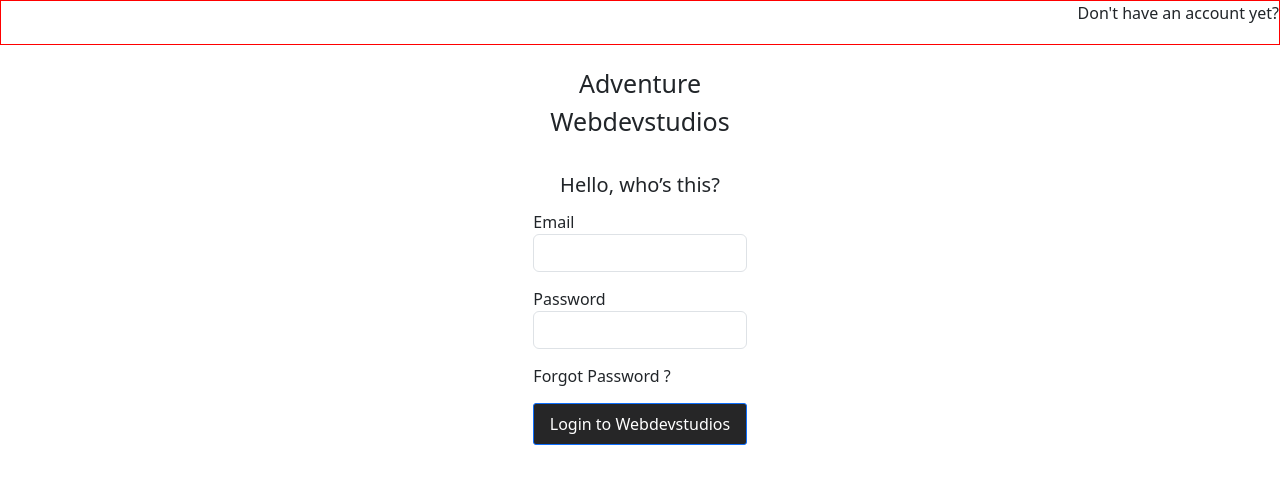
Repository: nnbxxx/React-Untimate
Page: /login
These files come from the project's save history. The page is drawn as it stood at one moment and after the next save; the edit follows.
The browser window is 1280 px wide. The pictures show the whole page.
The project was rebuilt for these pictures with package versions that can differ from the ones it lists, and the page was loaded fresh each time. Also part of the build but not shown: src/components/Header/header.js, src/App.js, src/components/User/User.js, src/components/Admin/SideBar.scss, src/components/Admin/SideBar.js, src/components/Admin/Admin.scss, src/components/Admin/Admin.js, src/components/Home/HomePage.js and 11 more. Imported but missing from the stored project, and not drawn on this page: src/assets/video-homepage.webm.

Above is the page before, as saved 2023-04-12 20:46:34.

### src/index.js
import React from "react";
import ReactDOM from "react-dom/client";
import App from "./App";
import reportWebVitals from "./reportWebVitals";
import { Provider } from "react-redux";
import store from "./redux/store";
import "bootstrap/dist/css/bootstrap.min.css";
import User from "./components/User/User";
import Admin from "./components/Admin/Admin";
import HomePage from "./components/Home/HomePage";
import ManageUser from "./components/Admin/Content/ManageUser";
import DashBoard from "./components/Admin/Content/DashBoard";
import {
  createBrowserRouter,
  RouterProvider,
  BrowserRouter,
  Route,
  Routes,
} from "react-router-dom";
import Login from "./components/Auth/Login";

const root = ReactDOM.createRoot(document.getElementById("root"));
root.render(
  <Provider store={store}>
    {/* <React.StrictMode> */}
    <BrowserRouter>
      <Routes>
        <Route path='/' element={<App />}>
          <Route index element={<HomePage />} />
          <Route path='users' element={<User />} />
        </Route>
        <Route path='/admins' element={<Admin />}>
          <Route index element={<DashBoard />} />
          <Route path='manage-users' element={<ManageUser />} />
        </Route>
        <Route path='/login' element={<Login />} />
      </Routes>
    </BrowserRouter>

    {/* </React.StrictMode> */}
  </Provider>
);

// If you want to start measuring performance in your app, pass a function
// to log results (for example: reportWebVitals(console.log))
// or send to an analytics endpoint. Learn more: https://bit.ly/CRA-vitals
reportWebVitals();

### src/components/Auth/Login.js
import { Button } from "react-bootstrap";
import "./Login.scss";
const Login = () => {
  return (
    <div className='login-container'>
      <div className='header mx-auto'>Don't have an account yet?</div>
      <div className='title col-2 mx-auto'>Adventure Webdevstudios</div>
      <div className='welcome col-2 mx-auto'>Hello, who’s this?</div>
      <div className='content-form col-2 mx-auto'>
        <div className='form-group'>
          <label>Email</label>
          <input type='email' className='form-control' />
        </div>
        <div className='form-group'>
          <label>Password</label>
          <input type='password' className='form-control' />
        </div>
        <span className='forgot-password'>Forgot Password ?</span>
        <div>
          <Button className='btn-submit'>Login to Webdevstudios</Button>
        </div>
      </div>
    </div>
  );
};
export default Login;

### src/App.scss
body {
  padding: 0;
  margin: 0;
  font-family: -apple-system, BlinkMacSystemFont, "Segoe UI", "Roboto", "Oxygen",
    "Ubuntu", "Cantarell", "Fira Sans", "Droid Sans", "Helvetica Neue",
    sans-serif;
  -webkit-font-smoothing: antialiased;
  -moz-osx-font-smoothing: grayscale;
}
.app-container {
  .header-container {
    .btn-login {
      border-radius: 4px;
      color: #262627;
      justify-content: center;
      line-height: 24px;
      margin: 0px 16px 0px 0px;
      padding: 8px 16px;
      text-align: center;
      border: 1px solid black;
    }
    .btn-signup {
      border-radius: 4px;
      color: #fff;
      background-color: #262627;
      justify-content: center;
      line-height: 24px;
      margin: 0px 16px 0px 0px;
      padding: 8px 16px;
      text-align: center;
      border: 1px solid black;

      &:hover {
        // opacity: 0.9;
        background-color: black;
      }
    }
    .navbar {
      z-index: 10;
      padding-top: 25px;
      background-color: rgba(0, 0, 0, 0) !important;
      .nav-link {
        &.active {
          color: #00bfff;
        }
      }
    }
  }
  .homepage-content {
    margin-top: 40px;
    padding: 0 100px;
    position: relative;
    width: 50%;
    display: flex;
    justify-content: center;
    flex-direction: column;
    gap: 20px;
    .title-1 {
      color: #262627;
      font-size: 60px;
      font-weight: 300;
      line-height: 76.8px;
      margin: 0px 0px 24px;
    }
    .title-2 {
      color: #262627;
      font-size: 20px;
      font-weight: 300;
      line-height: 31.2px;
      margin: 0px 0px 40px;
    }
    .btn-3 {
      background-color: #262627;
      border-radius: 4px;
      color: #fcfaf8;
      display: inline-block;
      justify-content: center;
      line-height: 24px;
      padding: 10px 20px;
      text-align: center;
      width: 200px;
      border: none;

      &:hover {
        // opacity: 0.9;
        background-color: black;
      }
    }
  }
}
video {
  position: fixed;
  bottom: 0;
  width: 100vw;
}
@media (min-width: 1450px) {
  .container,
  .container-lg,
  .container-md,
  .container-sm,
  .container-xl,
  .container-xxl {
    max-width: 1400px !important;
  }
}

### src/components/Auth/Login.scss
.login-container {
  .header {
    height: 45px;
    text-align: right;
    border: 1px solid red;
  }
  .title {
    font-size: 25px;
    padding: 20px 0;
    text-align: center;
  }
  .welcome {
    font-size: 20px;
    padding: 10px 0;
    text-align: center;
  }
  .content-form {
    display: flex;

    justify-content: center;
    flex-direction: column;
    gap: 15px;
    .forgot-password {
    }
    .btn-submit {
      width: 100%;
      display: flex;
      justify-content: center;
      align-items: flex-start;
      background-color: #262627;
      border-radius: 3px;
      // box-shadow: #51cbee 0px 0px 8px 0px;
      color: #ffffff;
      line-height: 28px;
      text-align: center;
    }
  }
}

Loaded but not shown: public/index.html (common file); src/reportWebVitals.js (common file); src/redux/store.js (common file); src/redux/reducer/rootReducer.js (common file); src/redux/reducer/counterReducer.js (common file); src/redux/action/counterAction.js (common file)

After the next save:
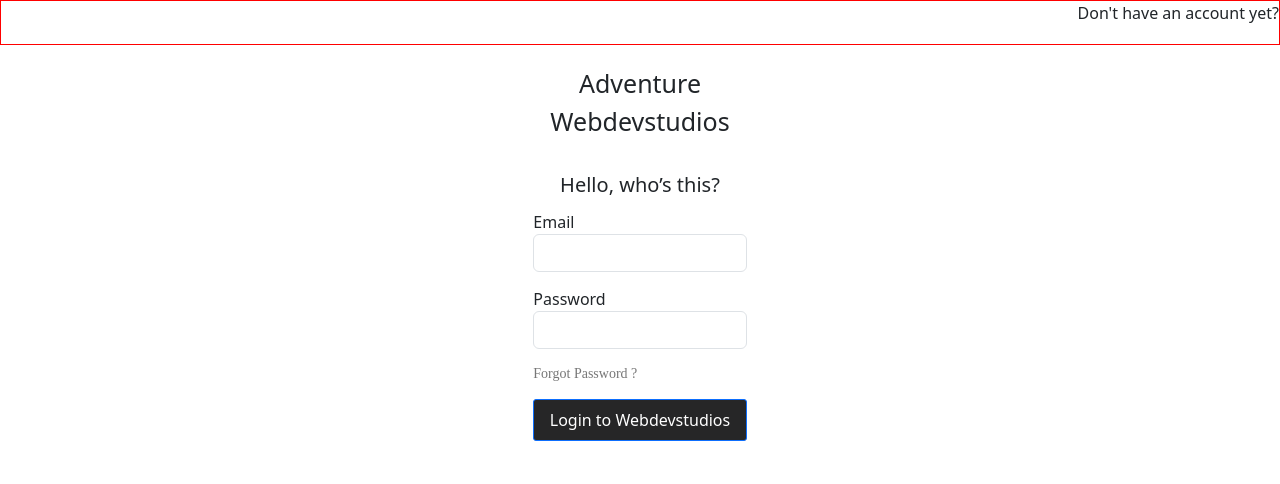
Saved 43 s later.
--- a/src/components/Auth/Login.scss
+++ b/src/components/Auth/Login.scss
@@ -21,6 +21,11 @@
     flex-direction: column;
     gap: 15px;
     .forgot-password {
+      color: #777777;
+      display: inline;
+      font-family: apercu-pro;
+      font-size: 14px;
+      line-height: 19.6px;
     }
     .btn-submit {
       width: 100%;
